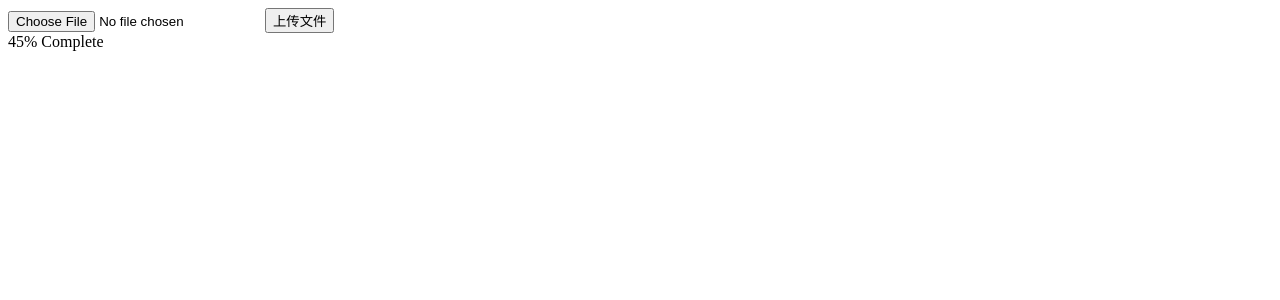
Repository: R1Deemo/ajax
Page: 计算文件的上传进度.html
These files come from the project's save history. The page is drawn as it stood at one moment and after the next save; the edit follows.
The browser window is 1280 px wide. The pictures show the whole page.

Above is the page before, as saved 2022-10-27 11:31:37.

After the next save:
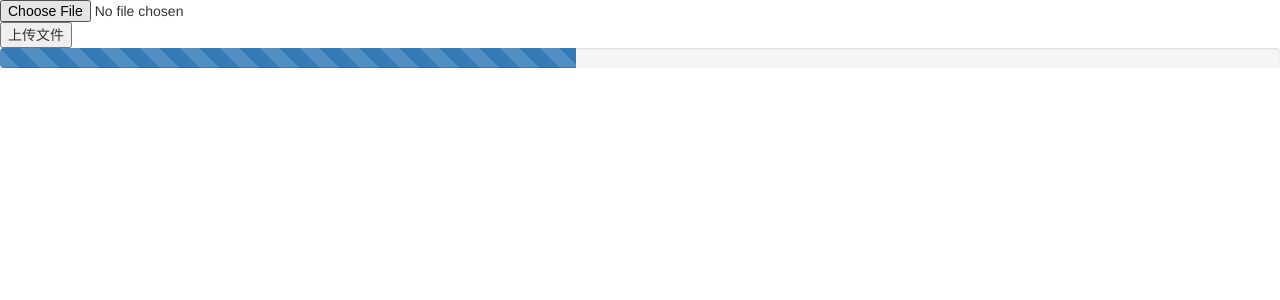
Saved 42 s later.
--- a/计算文件的上传进度.html
+++ b/计算文件的上传进度.html
@@ -6,11 +6,14 @@
     <meta http-equiv="X-UA-Compatible" content="IE=edge">
     <meta name="viewport" content="width=device-width, initial-scale=1.0">
     <title>Document</title>
+    <link rel="stylesheet" href="./lib/bootstrap.css" />
 </head>
 
 <body>
     <input type="file" id="file1" />
     <button id="btnUpload">上传文件</button>
+
+    <!-- bootstrap中的进度条 -->
     <div class="progress">
         <div class="progress-bar progress-bar-striped active" role="progressbar" aria-valuenow="45" aria-valuemin="0" aria-valuemax="100" style="width: 45%">
             <span class="sr-only">45% Complete</span>
